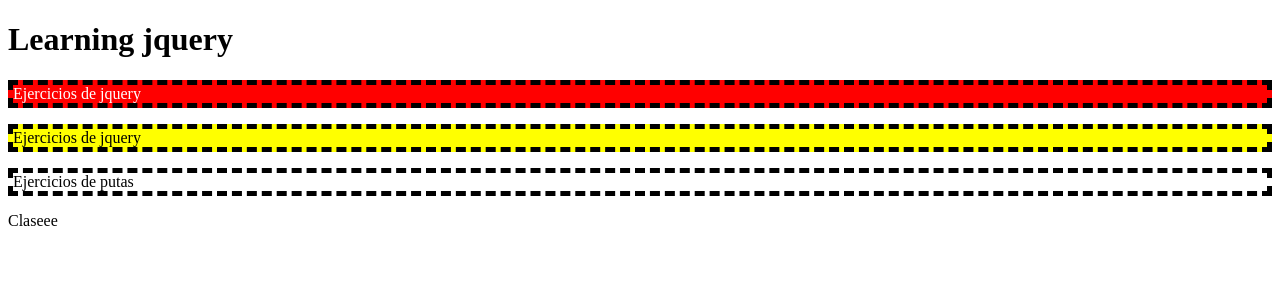
Repository: gitmadacode/practica_javascript
Page: Inicio/jquery/index.html
An editor plug-in stored every save of this project. The page is shown before and after the next save, followed by the edit.
The browser window is 1280 px wide. The pictures show the whole page.

Above is the page before, as saved 2019-09-13 18:51:36.

### Inicio/jquery/index.html
<!DOCTYPE html>
<html lang="en">
<head>
    <meta charset="UTF-8">
    <meta name="viewport" content="width=device-width, initial-scale=1.0">
    <meta http-equiv="X-UA-Compatible" content="ie=edge">
    <!--<script src="https://ajax.googleapis.com/ajax/libs/jquery/3.4.1/jquery.min.js"></script>--->
    <script type="text/javascript" src="../js/jquery.min.js"></script>
    <script type="text/javascript" src="../js/selectores.js"></script>
    <title>jquery</title>
    <h1>Learning jquery</h1>
    <ul>

    </ul>
    <p id="rojo" class="zebra">Ejercicios de jquery</p>
    <p id="amarillo" class="zebra">Ejercicios de jquery</p>
    <p class="zebra">Ejercicios de putas</p>
    <p>Claseee</p>
</head>
<body>

</body>
</html>

### Inicio/js/selectores.js
//Un ID es un identificador unico , para muchos usamos Class

$(document).ready(function(){
    //Selector ID
    var rojo = $("#rojo").css("background","red")
                         .css("color","white");

    var amarillo = $("#amarillo").css("background","yellow");

    //Selector de clase

    var mi_clase = $('.zebra');
    mi_clase.css("border","5px dashed black");

    $('.sin_borde').click(function(){
        console.log("click dado");
        $(this).addClass('zebra');
    });

    //Selectores de etiqueta

    var parrafos = $('p');

    parrafos.click(function(){
    $(this).removeClass("zebra");
    });

    console.log(rojo);

    //Selectores de atributo


});

Loaded but not shown: Inicio/js/jquery.min.js (library)

After the next save:
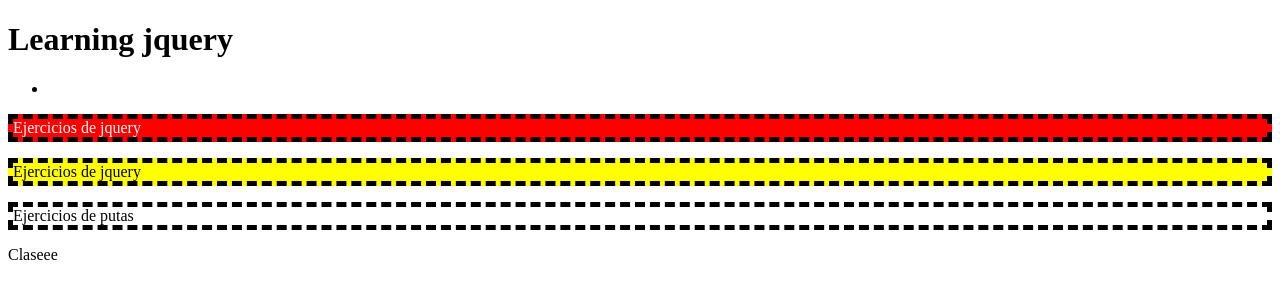
Saved 11 s later.
--- a/Inicio/jquery/index.html
+++ b/Inicio/jquery/index.html
@@ -10,7 +10,7 @@
     <title>jquery</title>
     <h1>Learning jquery</h1>
     <ul>
-
+        <li></li>
     </ul>
     <p id="rojo" class="zebra">Ejercicios de jquery</p>
     <p id="amarillo" class="zebra">Ejercicios de jquery</p>
